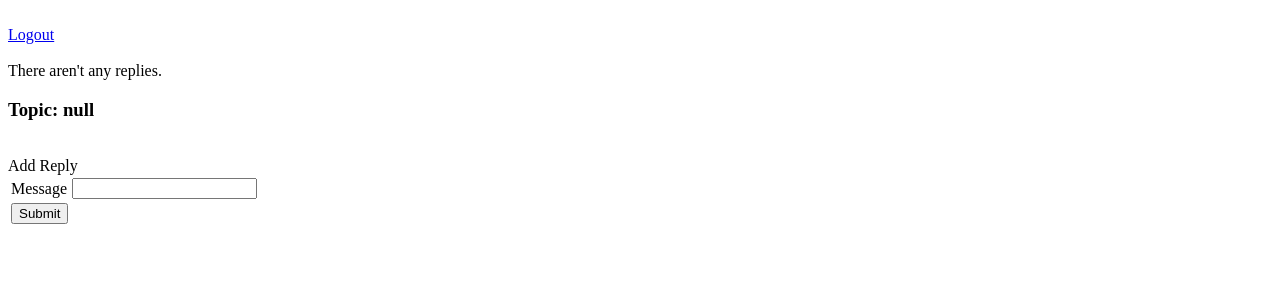
Repository: TeodorZlatev/Homework
Page: http://localhost/Web/reply.jsp
The author's editor kept a copy of each file at every save. The page is drawn from the files as they stood at one save, then again after the next save.
The browser window is 1280 px wide. The pictures show the whole page.
The page is served by Tomcat 9. Queries for data that is not in the repository find no rows.

Above is the page before, as saved 2016-04-27 11:26:39.

After the next save:
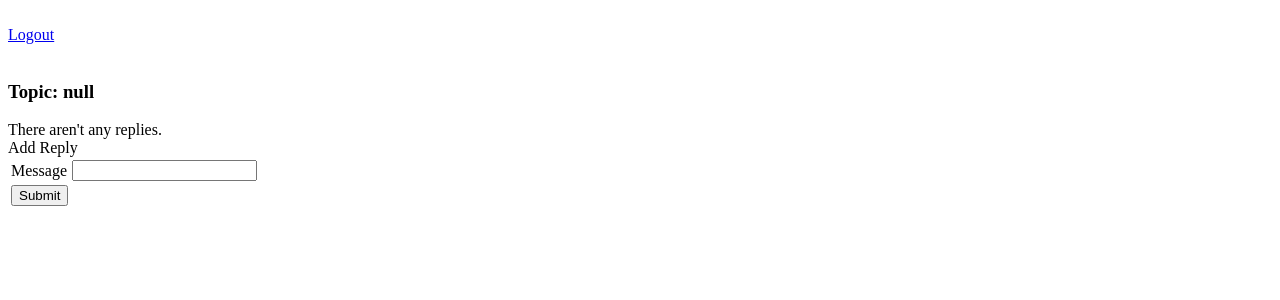
Saved 93 s later.
--- a/HomeworkWeb/Web/WebContent/reply.jsp
+++ b/HomeworkWeb/Web/WebContent/reply.jsp
@@ -36,15 +36,15 @@
 		session.setAttribute("topicId", topicId);
 		System.out.println(userId + " " + topicId);
 		List<Reply> list = DBManager.getAllRepliesByTopicId(topicId);
-		if (list.size() == 0) {
-			out.println("There aren't any replies.");
-		}
 	%>
 	<h3>
 		Topic:
 		<%=DBManager.getTopicTitleById(topicId)%></h3>
 
 	<%
+		if (list.size() == 0) {
+			out.println("There aren't any replies.");
+		}
 		for (int i = 0; i < list.size(); i++) {
 			out.println("Written by: " + list.get(i).getUserId() + " on date: "
 					+ list.get(i).getCreatedAt().toString());
